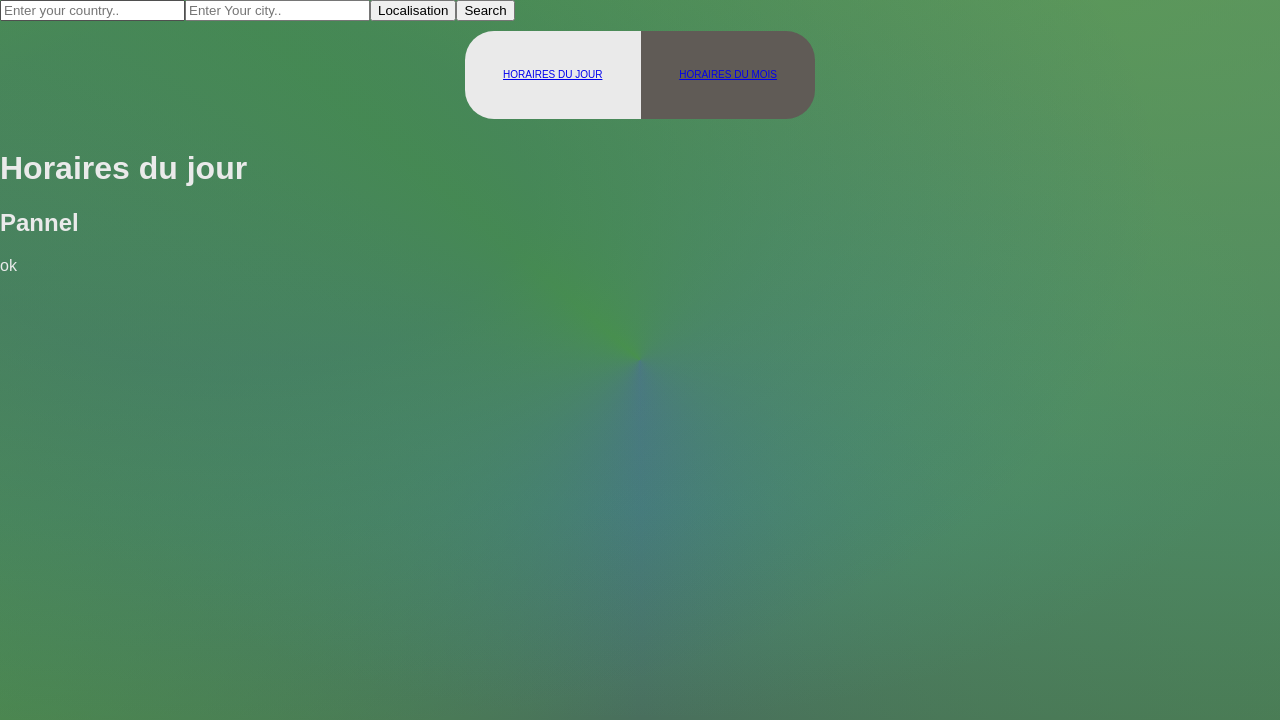
Repository: Lhourquin/Repo-Developpement-React-Prayer-Times
Page: /
An editor plug-in stored every save of this project. The page is shown before and after the next save, followed by the edit.
The browser window is 1280 px wide. The pictures show the whole page.
The page's requests for data from a server got no answer. The project was rebuilt for these pictures with package versions that can differ from the ones it lists, and the page was loaded fresh each time. No one was signed in, and anything a server would have sent is missing. Also part of the build but not shown: src/components/search-bar/searchbar.css, src/components/calendar-list/row-list.css, src/components/calendar-list/row-list.component.jsx, src/components/Calendar.js, src/components/day-list/horaireslist.css, src/components/time-table-pannel/pannel.css, src/components/DateNow.js.

Above is the page before, as saved 2022-01-29 08:52:58.

### public/index.html
<!doctype html>
<html lang="en">
  <head>
    <meta charset="utf-8">
    <meta name="viewport" content="width=device-width, initial-scale=1">
    <link rel="shortcut icon" href="%PUBLIC_URL%/favicon.ico">
    <link rel="stylesheet" href="https://use.fontawesome.com/releases/v5.7.2/css/all.css" integrity="sha384-fnmOCqbTlWIlj8LyTjo7mOUStjsKC4pOpQbqyi7RrhN7udi9RwhKkMHpvLbHG9Sr" crossorigin="anonymous">
    <!--
      Notice the use of %PUBLIC_URL% in the tag above.
      It will be replaced with the URL of the `public` folder during the build.
      Only files inside the `public` folder can be referenced from the HTML.

      Unlike "/favicon.ico" or "favicon.ico", "%PUBLIC_URL%/favicon.ico" will
      work correctly both with client-side routing and a non-root public URL.
      Learn how to configure a non-root public URL by running `npm run build`.
    -->
    <title>React App</title>
  </head>
  <body>
    <div id="root"></div>
    <!--
      This HTML file is a template.
      If you open it directly in the browser, you will see an empty page.

      You can add webfonts, meta tags, or analytics to this file.
      The build step will place the bundled scripts into the <body> tag.

      To begin the development, run `npm start`.
      To create a production bundle, use `npm run build`.
    -->
  </body>
</html>

### src/index.js
import React from 'react';
import ReactDOM from 'react-dom';
import App from './App';
import { BrowserRouter } from 'react-router-dom';
import './index.css';


ReactDOM.render(
  <BrowserRouter>
    <App />
  </BrowserRouter>,
  document.getElementById('root')
);

### src/App.js
import React, { Component } from "react";
import { NavBar } from "./components/navbar/NavBar";
import { SearchBar } from "./components/search-bar/searchbar.component";
import NavBarTodayAndMounth from "./components/navbar-today-mounth/NavBarTodayAndMounth";
import Calendar from "./components/Calendar";
import Day from "./components/Day";
import { Routes, Route} from "react-router-dom";

//import { HorairesList } from "./components/day-list/horaires.list";
import "./App.css";

class App extends Component {
  render() {
    return (
      <>
      <header>
        <NavBar/>
          <SearchBar/>
          <NavBarTodayAndMounth />
      </header>


          <Routes>
            <Route path="/" element={<Day/>} />
            <Route path="/calendar" element={<Calendar/>}/>
          </Routes>
      </>
    );
  }
}

export default App;

### src/components/navbar/NavBar.js
import React from "react";
import "./NavBar.css"

export const NavBar = () => {
    return (
        <nav>
            			<i className="fas fa-bars web-font button-burger"></i>
        </nav>
    )
}

### src/components/search-bar/searchbar.component.jsx
import React from "react";
import "./searchbar.css"

export const SearchBar = ({ handleChange }) => {
  return (
  <form>

    <input className="country"
           type="search"
           placeholder="Enter your country.."

    />
    <input className="city"
                type="search"
                placeholder="Enter Your city.."
                onChange={handleChange}/>
    <button>Localisation</button>
    <button>Search</button>
  </form>)

};

### src/components/navbar-today-mounth/NavBarTodayAndMounth.js
import React from "react";
import { Link } from "react-router-dom";
import "./navbar-today-and-mounth.css";
const NavBarTodayAndMounth = () => {
  return (
    <nav className="NavBarTodayAndMounth__nav">
      <ul className="NavBarTodayAndMounth__nav__ul">
        <li className="NavBarTodayAndMounth__nav__ul__li--today raise">
  <Link to="/" className="NavBarTodayAndMounth__nav__ul__li__Link">
         HORAIRES DU JOUR
        </Link>
        </li>
      <li className="NavBarTodayAndMounth__nav__ul__li--month raise">
         <Link to="/calendar" className="NavBarTodayAndMounth__nav__ul__li__Link">
          HORAIRES DU MOIS
        </Link>

      </li>

      </ul>
    </nav>
  );
};

export default NavBarTodayAndMounth;

### src/components/Day.js
import React, { Component } from "react";
import { HorairesList } from "./day-list/horaireslist.component";
import { Pannel } from "./time-table-pannel/pannel.component";
import { SearchBar } from "./search-bar/searchbar.component";
import CountDown from "./CountDown";


class Day extends Component {
  constructor() {
    super();
    this.state = {
      today: [],
      searchField: "Paris",
    };
  }

  componentDidMount() {
    fetch(
      `https://api.aladhan.com/v1/timingsByCity?country=France&method=2&city=${this.state.searchField}`
    )
      .then((Response) => Response.json())
      .then((result) => this.setState({ today: [result] }));
  }

  render() {
    return (
      <div>
        <h1>Horaires du jour</h1>

        <HorairesList today={this.state.today} />
        <h2>Pannel</h2>
        <Pannel today={this.state.today} searchField={this.state.searchField} />
        <CountDown/>

      </div>
    );
  }
}

export default Day;

### src/App.css
@import url('https://fonts.googleapis.com/css2?family=Nunito:wght@200&display=swap');
body{
  background : radial-gradient(73.42% 76.28% at 17.82% 26.58%, rgba(25, 12, 176, 0.17) 31.77%, rgba(0, 0, 0, 0) 100%), conic-gradient(from 180deg at 50% 50%, rgba(0, 0, 0, 0) 0deg, #4EA241 131.25deg, rgba(0, 0, 0, 0) 360deg), radial-gradient(50% 50% at 50% 50%, rgba(63, 169, 150, 0.2) 40.62%, rgba(0, 0, 0, 0) 100%), linear-gradient(180deg, rgba(241, 241, 241, 0.2) 0%, rgba(86, 167, 192, 0.2) 71.35%, rgba(0, 0, 0, 0) 100%), #496F5D;
  background-attachment: fixed;
  color : #EAEAEA;
  font-family: 'Nunito', sans-serif;}

### src/components/navbar/NavBar.css
@media (max-width: 470px) {
  .button-burger {
    display: block;
    /*color: black;*/
  }
}

.button-burger {
  display: none;
}
/*# sourceMappingURL=NavBar.css.map */

### src/components/navbar-today-mounth/navbar-today-and-mounth.css
.NavBarTodayAndMounth__nav {
  display: -webkit-box;
  display: -ms-flexbox;
  display: flex;
  -webkit-box-pack: center;
      -ms-flex-pack: center;
          justify-content: center;
}

.NavBarTodayAndMounth__nav .NavBarTodayAndMounth__nav__ul {
  list-style: none;
  display: -webkit-box;
  display: -ms-flexbox;
  display: flex;
  -webkit-box-pack: center;
      -ms-flex-pack: center;
          justify-content: center;
  padding: 0%;
  font-size: 10px;
  width: 100%;
  text-align: center;
}

.NavBarTodayAndMounth__nav .NavBarTodayAndMounth__nav__ul .NavBarTodayAndMounth__nav__ul__li__Link-today {
  -webkit-text-decoration-line: none;
          text-decoration-line: none;
  color: #605b56;
}

.NavBarTodayAndMounth__nav .NavBarTodayAndMounth__nav__ul .NavBarTodayAndMounth__nav__ul__li__Link-mounth {
  -webkit-text-decoration-line: none;
          text-decoration-line: none;
  color: #eaeaea;
}

.NavBarTodayAndMounth__nav .NavBarTodayAndMounth__nav__ul .NavBarTodayAndMounth__nav__ul__li--today {
  border-top: 0;
  border-bottom: 0;
  border-left: 0;
  border-right: 0;
  border-style: solid;
  border-radius: 29px 0 0 29px;
  padding: 3%;
  background-color: #eaeaea;
}

.NavBarTodayAndMounth__nav .NavBarTodayAndMounth__nav__ul .NavBarTodayAndMounth__nav__ul__li--month {
  border-top: 0;
  border-bottom: 0;
  border-left: 0;
  border-right: 0;
  border-style: solid;
  border-radius: 0 29px 29px 0;
  padding: 3%;
  background-color: #605b56;
}
/*# sourceMappingURL=navbar-today-and-mounth.css.map */

### src/components/day-list/horaireslist.component.jsx
import React from "react";
import "./horaireslist.css";
export const HorairesList = (props) => {
  //console.log(props.map(x=> x.data.data.timings.Fajr))
  return (
    <div>
      {props.today.map((obj, index) => (
        <div key={index}>
          <p>{obj.data.date.gregorian.date}</p>
          <p>{obj.data.timings.Fajr}</p>
          <p>{obj.data.timings.Sunrise}</p>
          <p>{obj.data.timings.Dhuhr}</p>
          <p>{obj.data.timings.Asr}</p>
          <p>{obj.data.timings.Maghrib}</p>
          <p>{obj.data.timings.Isha}</p>
        </div>
      ))}
    </div>
  );
};

### src/components/time-table-pannel/pannel.component.jsx
import React from "react";
import "./pannel.css";
import DateNow from "../DateNow";
export const Pannel = (props) => {

  return (
    <div>
      {props.today.map((obj, index) => (
        <div className="pannel" key={index}>
          <h2>{props.searchField}</h2>
          <DateNow/>
          <p>{obj.data.date.gregorian.date}</p>
          <p>{obj.data.timings.Fajr}</p>
          <p>{obj.data.timings.Sunrise}</p>
          <p>{obj.data.timings.Dhuhr}</p>
          <p>{obj.data.timings.Asr}</p>
          <p>{obj.data.timings.Maghrib}</p>
          <p>{obj.data.timings.Isha}</p>
        </div>
      ))}
    </div>
  );
};

### src/components/CountDown.js
import moment from "moment";
import React, { Component } from "react";

class CountDown extends Component {
  constructor() {
    super();
    this.state = {
      fajr: moment([7, 0], "HH:mm"),
    };
  }

  render() {
    return (
    <div>ok{console.log(this.state.fajr)}</div>
    )
  }

  /* let eventTime= 1366549200; // Timestamp - Sun, 21 Apr 2013 13:00:00 GMT
let currentTime = 1366547400; // Timestamp - Sun, 21 Apr 2013 12:30:00 GMT
let diffTime = eventTime - currentTime;
let duration = moment.duration(diffTime*1000, 'milliseconds');
let interval = 1000;

setInterval(function(){
  duration = moment.duration(duration - interval, 'milliseconds');
    $('.countdown').text(duration.hours() + ":" + duration.minutes() + ":" + duration.seconds())
}, interval);*/
}

export default CountDown;

Loaded but not shown: src/index.css (common file)

After the next save:
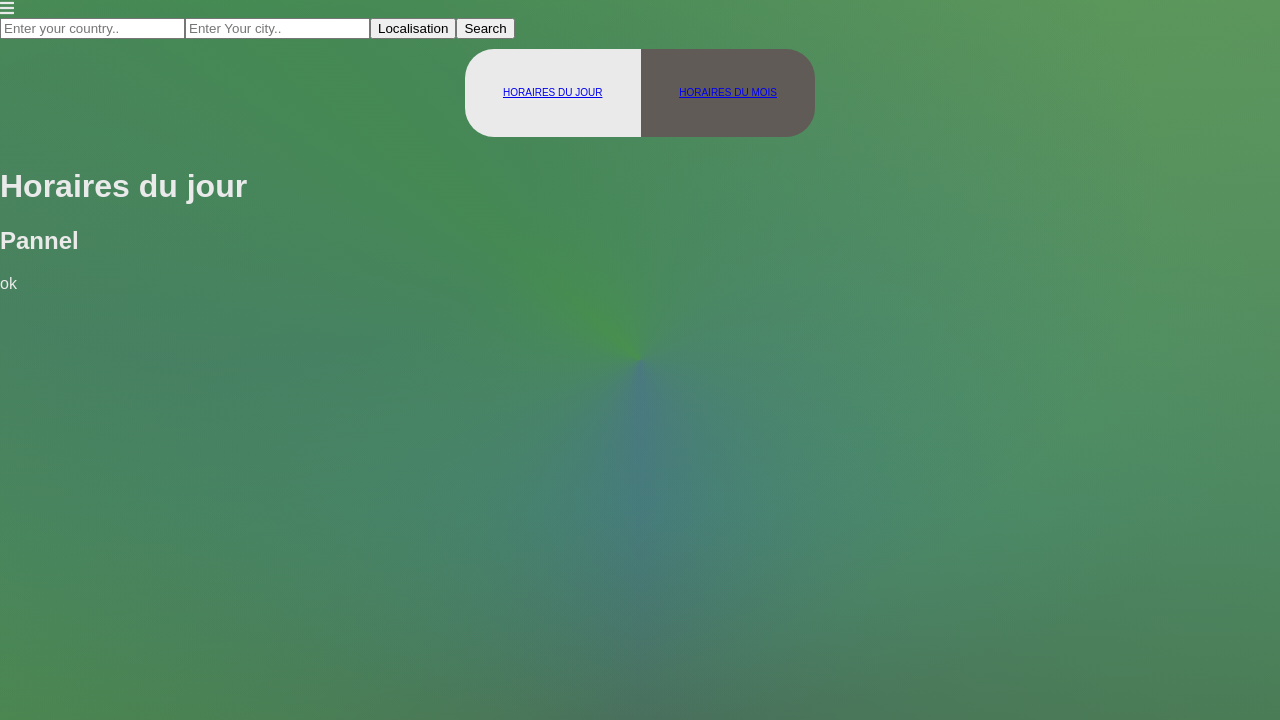
Saved 7 s later.
--- a/src/components/navbar/NavBar.css
+++ b/src/components/navbar/NavBar.css
@@ -6,6 +6,5 @@
 }
 
 .button-burger {
-  display: none;
 }
 /*# sourceMappingURL=NavBar.css.map */
